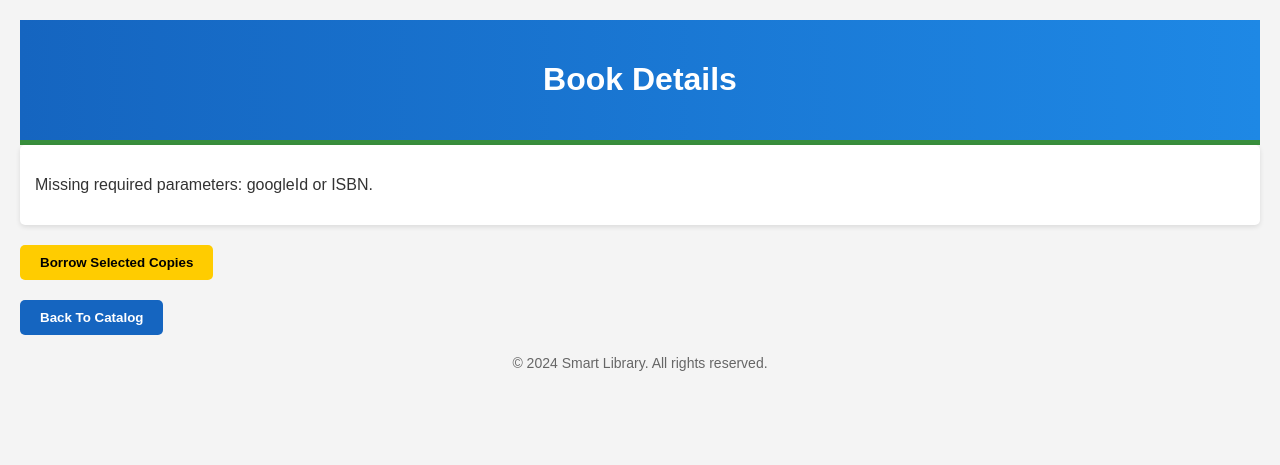
Repository: grebail/Comp-FYP
Page: public/book_details.html
An editor plug-in stored every save of this project. The page is shown before and after the next save, followed by the edit.
The browser window is 1280 px wide. The pictures show the whole page.

Above is the page before, as saved 2025-02-12 15:58:26.
Console error (its wording comes from the project's code and is left out).

### public/book_details.html
<!DOCTYPE html>
<html lang="en">

<head>
    <meta charset="UTF-8">
    <meta name="viewport" content="width=device-width, initial-scale=1.0">
    <title>Book Details</title>
    <style>
        body {
            font-family: Arial, sans-serif;
            margin: 0;
            padding: 20px;
            background-color: #f4f4f4;
            color: #333;
        }

        header {
            background: linear-gradient(to right, #1565c0, #1e88e5);
            color: #fff;
            padding: 20px;
            text-align: center;
            border-bottom: 5px solid #388e3c;
        }

        .book-cover {
            max-width: 200px;
            height: auto;
            margin-bottom: 15px;
        }

        .book-details {
            background-color: white;
            padding: 15px;
            border-radius: 5px;
            box-shadow: 0 2px 5px rgba(0, 0, 0, 0.1);
            margin-bottom: 20px;
        }

        .copies-list {
            margin-top: 20px;
        }

        .copy-item {
            margin-bottom: 15px;
            display: flex;
            align-items: center;
        }

        .copy-item input[type="checkbox"] {
            margin-right: 10px;
        }

        .borrow-button {
            display: block;
            margin-top: 20px;
            padding: 10px 20px;
            background-color: #ffcc00;
            border: none;
            border-radius: 5px;
            cursor: pointer;
            text-align: center;
            text-decoration: none;
            color: black;
            font-weight: bold;
        }

        .borrow-button:hover {
            background-color: #e6b800;
        }

        .back-button {
            margin-top: 20px;
            padding: 10px 20px;
            background-color: #1565c0;
            color: white;
            border: none;
            border-radius: 5px;
            cursor: pointer;
            font-weight: bold;
        }

        .back-button:hover {
            background-color: #0d47a1;
        }

        footer {
            margin-top: 20px;
            text-align: center;
            font-size: 14px;
            color: #666;
        }

        footer p {
            margin: 0;
        }
    </style>
</head>

<body>
    <header>
        <h1>Book Details</h1>
    </header>

    <main id="bookDetails" class="book-details">
        <!-- Book details will be dynamically inserted here -->
    </main>

    <section id="copiesSection" class="copies-list">
        <!-- Copies will be dynamically inserted here -->
    </section>

    <button class="borrow-button" onclick="borrowSelectedCopies()">Borrow Selected Copies</button>
    <button class="back-button" id="goBackButton">Back To Catalog</button>

    <footer>
        <p>&copy; 2024 Smart Library. All rights reserved.</p>
    </footer>

    <script>
        // Utility function to get query parameters
        function getQueryParam(param) {
            const urlParams = new URLSearchParams(window.location.search);
            return urlParams.get(param);
        }

        // Extract parameters from the URL
        const googleId = getQueryParam('googleId');
        const userId = getQueryParam('userid');
        const isbn = getQueryParam('isbn');
        const userToken = getQueryParam('token') || localStorage.getItem('token'); // Get token from URL or fallback to localStorage

        console.log('googleId:', googleId);
        console.log('userId:', userId);
        console.log('ISBN:', isbn);
        console.log('User Token:', userToken);

        // Validate parameters
        if (!googleId && !isbn) {
            document.getElementById('bookDetails').innerHTML = `<p>Missing required parameters: googleId or ISBN.</p>`;
            throw new Error('Missing required parameters: googleId or ISBN.');
        }

        // Fetch book details
        function fetchBookDetails(id, isIsbn = false) {
            const endpoint = isIsbn ? `/api/books/isbn/${id}` : `/api/books/${id}`;
            console.log(`Fetching details from: ${endpoint}`);
            return fetch(endpoint, {
                headers: {
                    'Authorization': `Bearer ${userToken}` // Use token for authentication
                }
            })
                .then(response => {
                    if (!response.ok) {
                        throw new Error(`Error ${response.status}: Book not found.`);
                    }
                    return response.json();
                });
        }

        // Attempt to fetch book by googleId, fallback to isbn if not found
        if (googleId) {
            fetchBookDetails(googleId)
                .then(displayBookDetails)
                .catch(() => {
                    console.warn('Failed to fetch by googleId. Trying by ISBN...');
                    if (isbn) {
                        fetchBookDetails(isbn, true)
                            .then(displayBookDetails)
                            .catch(error => {
                                document.getElementById('bookDetails').innerHTML = `<p>${error.message}</p>`;
                            });
                    } else {
                        document.getElementById('bookDetails').innerHTML = `<p>Book not found and ISBN is missing.</p>`;
                    }
                });
        } else if (isbn) {
            fetchBookDetails(isbn, true)
                .then(displayBookDetails)
                .catch(error => {
                    document.getElementById('bookDetails').innerHTML = `<p>${error.message}</p>`;
                });
        }

        // Display book details
        function displayBookDetails(book) {
            const bookDetails = `
                <img src="${book.coverImage}" alt="${book.title} cover" class="book-cover" />
                <div><strong>Title:</strong> ${book.title}</div>
                <div><strong>Subtitle:</strong> ${book.subtitle || 'N/A'}</div>
                <div><strong>Author(s):</strong> ${book.authors.join(', ')}</div>
                <div><strong>Publisher:</strong> ${book.publisher || 'N/A'}</div>
                <div><strong>Published Date:</strong> ${book.publishedDate}</div>
                <div><strong>ISBN:</strong> ${book.industryIdentifier}</div>
                <div><strong>Description:</strong> ${book.description || 'N/A'}</div>
                <div><strong>Page Count:</strong> ${book.pageCount || 'N/A'}</div>
                <div><strong>Categories:</strong> ${book.categories ? book.categories.join(', ') : 'N/A'}</div>
                <div><strong>Language:</strong> ${book.language || 'N/A'}</div>
            `;
            document.getElementById('bookDetails').innerHTML = bookDetails;
        }

        // Fetch book copies
        function fetchBookCopies() {
            if (!isbn) {
                document.getElementById('copiesSection').innerHTML = `<p>ISBN is missing in the URL. Cannot fetch book copies.</p>`;
                return;
            }

            fetch(`/api/books/isbn/${isbn}/copies`, {
                headers: {
                    'Authorization': `Bearer ${userToken}` // Use token for authentication
                }
            })
                .then(response => response.json())
                .then(data => {
                    displayBookCopies(data.copies);
                })
                .catch(err => {
                    console.error('Error fetching copies:', err);
                    document.getElementById('copiesSection').innerHTML = `<p>${err.message}</p>`;
                });
        }

        // Display book copies with checkboxes
        function displayBookCopies(copies) {
            const copiesSection = document.getElementById('copiesSection');
            if (!copies || copies.length === 0) {
                copiesSection.innerHTML = '<p>No copies available for this book.</p>';
                return;
            }

            const copiesHTML = copies.map(copy => `
                <div class="copy-item">
                    <input type="checkbox" id="copy-${copy.copyId}" value="${copy.copyId}" ${!copy.availability ? 'disabled' : ''}>
                    <label for="copy-${copy.copyId}">
                        <strong>Copy ID:</strong> ${copy.copyId},
                        <strong>Location:</strong> ${copy.bookLocation},
                        <strong>Available:</strong> ${copy.availability ? 'Yes' : 'No'}
                    </label>
                </div>
            `).join('');
            copiesSection.innerHTML = copiesHTML;
        }

        // Borrow selected copies
        function borrowSelectedCopies() {
            const selectedCopies = Array.from(document.querySelectorAll('input[type="checkbox"]:checked')).map(cb => cb.value);

            if (selectedCopies.length === 0) {
                alert('Please select at least one copy to borrow.');
                return;
            }

            fetch(`/api/books/copy_borrow`, {
                method: 'POST',
                headers: {
                    'Content-Type': 'application/json',
                    'Authorization': `Bearer ${userToken}` // Use token for authentication
                },
                body: JSON.stringify({ userid: userId, isbn, selectedCopies })
            })
                .then(response => response.json())
                .then(data => {
                    if (!data.message || data.error) {
                        throw new Error(data.error || 'Failed to borrow copies.');
                    }

                    // Notify the user of success
                    alert(data.message || 'Copies borrowed successfully!');

                    // Redirect to the user_borrow_copy page
                    if (data.redirectUrl) {
                        window.location.href = data.redirectUrl;
                    } else {
                        // Fallback to default redirection if no redirect URL is provided
                        window.location.href = `user_borrow_copy.html?userid=${userId}&isbn=${isbn}&copies=${selectedCopies.join(',')}&token=${userToken}}`;
                    }
                })
                .catch(err => {
                    console.error('Error borrowing copies:', err);
                    alert(err.message || 'Failed to borrow copies. Please try again later.');
                });
        }

        // Back button event listener
        document.getElementById('goBackButton').addEventListener('click', () => {
            window.location.href = `user-books-catalog.html?userid=${userId}&token=${userToken}`;
        });

        // Fetch book copies on page load
        fetchBookCopies();
    </script>
</body>

</html>

After the next save:
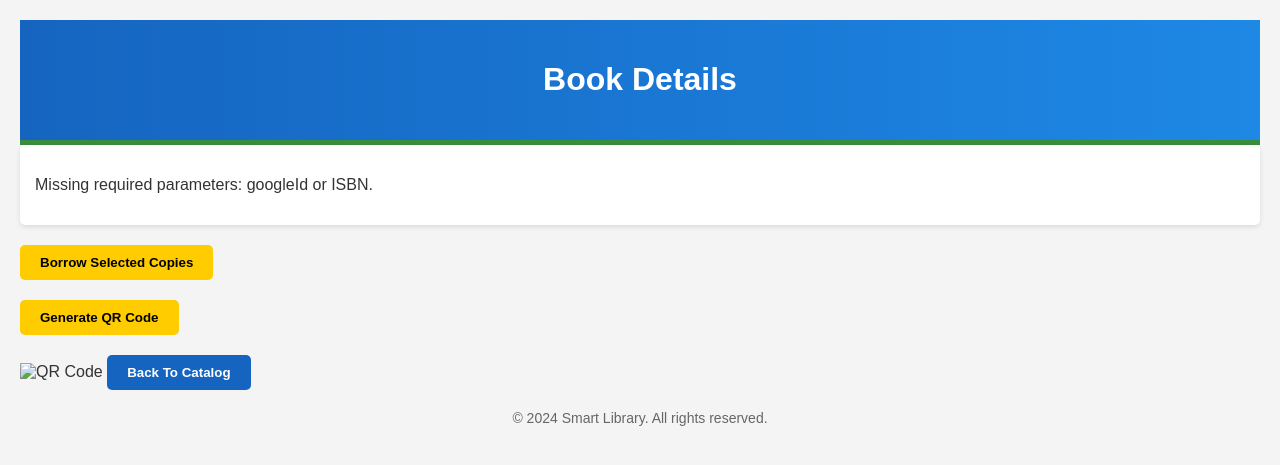
Saved 94 s later.
--- a/public/book_details.html
+++ b/public/book_details.html
@@ -110,6 +110,8 @@
     </section>
 
     <button class="borrow-button" onclick="borrowSelectedCopies()">Borrow Selected Copies</button>
+    <button class="borrow-button" onclick="generateQRCode()">Generate QR Code</button>
+    <img id="qrCode" alt="QR Code" />
     <button class="back-button" id="goBackButton">Back To Catalog</button>
 
     <footer>
